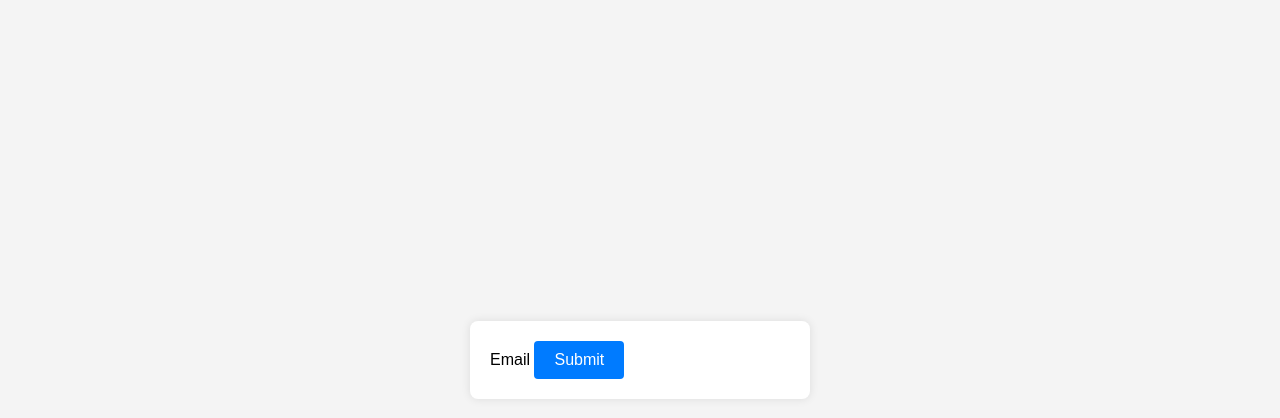
Repository: Ndifoinhilary/authentication
Page: http://localhost/auth/login/
These files come from the project's save history. The page is drawn as it stood at one moment and after the next save; the edit follows.
The browser window is 1280 px wide. The pictures show the whole page.
The page is served by the project's application, run on Django 3.2 (manage.py). Other server files are loaded and not shown.

Above is the page before, as saved 2024-01-05 15:48:49.

### Auth/templates/login.html
<!DOCTYPE html>
<html lang="en">

<head>
    <meta charset="UTF-8">
    <meta name="viewport" content="width=device-width, initial-scale=1.0">
    <style>
        body {
            font-family: 'Arial', sans-serif;
            background-color: #f4f4f4;
            margin: 0;
            padding: 0;
            display: flex;
            justify-content: center;
            align-items: center;
            height: 100vh;
        }

        form {
            background-color: #fff;
            padding: 20px;
            border-radius: 8px;
            box-shadow: 0 0 10px rgba(0, 0, 0, 0.1);
            width: 300px;
        }

        .input {
            margin-bottom: 20px;
        }

        .label {
            display: block;
            margin-bottom: 5px;
            font-weight: bold;
        }

        .form-control {
            width: 100%;
            padding: 8px;
            border: 1px solid #ccc;
            border-radius: 4px;
            box-sizing: border-box;
        }

        .mb-4 {
            margin-bottom: 16px;
        }

        .btn {
            background-color: #007bff;
            color: #fff;
            padding: 10px 20px;
            border: none;
            border-radius: 4px;
            cursor: pointer;
            font-size: 16px;
        }

        .btn:hover {
            background-color: #0056b3;
        }
    </style>
</head>

<body>
    <form action="{% url 'register'  %}" class="form-border" method="POST">
        {% csrf_token %}
        <lable class="lable">Email</lable>
        <button type="submit" class="btn">Submit</button>
    </form>
</body>

</html>

### Auth/views.py
# pylint: disable=unused-argument
from django.shortcuts import render, redirect
from django.contrib import messages
from django.contrib.auth import authenticate, login, logout
from Auth.forms import RegistrationForm

# Create your views here.


def homePage(request):
    user = request.user
    return render(request, "home.html", {"user": user})


def registerUser(request):
    form = RegistrationForm()

    if request.method == "POST":
        form = RegistrationForm(request.POST)
        if form.is_valid():
            user = form.save(commit=False)
            user.email = user.email.lower()
            user.save()

            messages.success(request, "Your account has been created successfully")

            if user is not None:
                login(request, user)
                return redirect("home")
        else:
            messages.error(request, "Check your credentials and try again")
    return render(request, "register.html", {"form": form})


def loginUser(request):
    return render(request, "login.html")


def logoutUser(request):
    logout(request)
    return redirect("home")

### authentication/urls.py
from django.contrib import admin
from django.urls import path, include
from django.conf import settings
from django.conf.urls.static import static

urlpatterns = [path("admin/", admin.site.urls), path("", include("Auth.urls"))]


urlpatterns += static(settings.MEDIA_URL, document_root=settings.MEDIA_ROOT)
urlpatterns += static(settings.STATIC_URL, document_root=settings.MEDIA_ROOT)

### Auth/urls.py
# pylint: disable=trailing-whitespace
from django.urls import path

from . import views


urlpatterns = [
    path("", views.homePage, name="home"),
    path("auth/login/", views.loginUser, name="login"),
    path("auth/register/", views.registerUser, name="register"),
    path("auth/logout/", views.logoutUser, name="logout"),
]

After the next save:
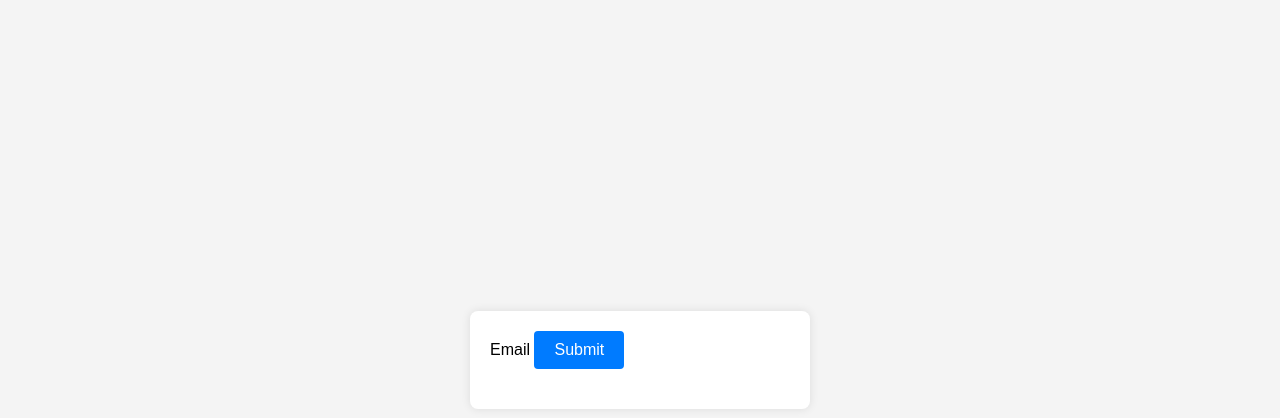
Saved 79 s later.
--- a/Auth/templates/login.html
+++ b/Auth/templates/login.html
@@ -65,8 +65,10 @@
 <body>
     <form action="{% url 'register'  %}" class="form-border" method="POST">
         {% csrf_token %}
-        <lable class="lable">Email</lable>
-        <button type="submit" class="btn">Submit</button>
+        <div class="input">
+         <lable class="lable">Email</lable>
+         <button type="submit" class="btn">Submit</button>
+        </div>
     </form>
 </body>
 
